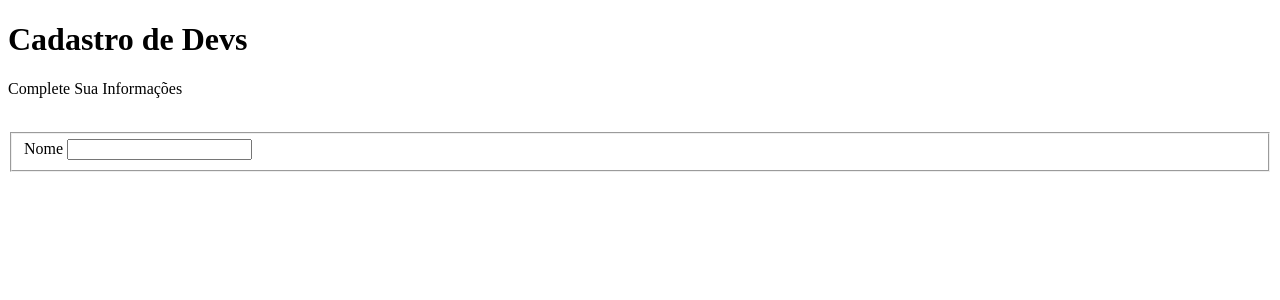
Repository: 2020francesco/formulario
Page: formulario.html
The author's editor kept a copy of each file at every save. The page is drawn from the files as they stood at one save, then again after the next save.
The browser window is 1280 px wide. The pictures show the whole page.

Above is the page before, as saved 2021-04-20 10:53:29.

### formulario.html
<!DOCTYPE html>
<html lang="en">
  <head>
    <meta charset="utf-8">
    <meta name="viewport" content="width=device-width, initial-scale=1.0">

    <title>Cadastro</title>
  </head>
  <body>

    <div>
      <h1>Cadastro de Devs</h1>
      <p>Complete Sua Informações</p>
      <br>
    </div>

    <form>
      <fieldset>
        <div>
          <label>Nome</label>
          <input type="text" name="nome" id="nome">
        </div>

        <div>
          <label></label>
        </div>
      </fieldset>
    </form>

  </body>
</html>

After the next save:
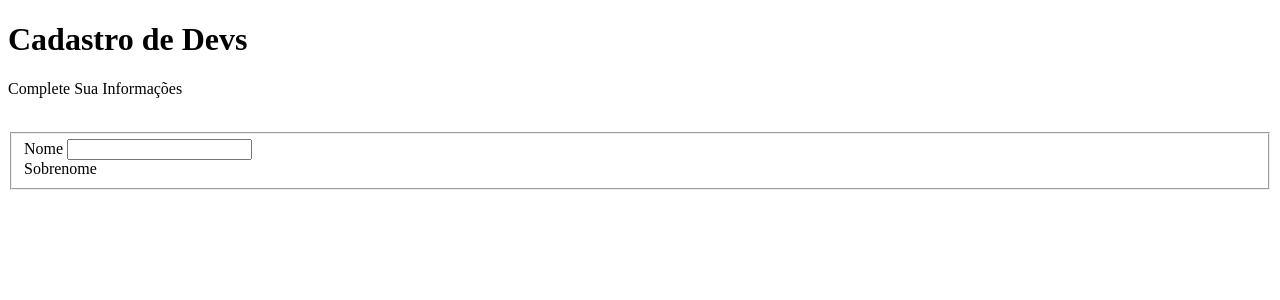
Saved 7 s later.
--- a/formulario.html
+++ b/formulario.html
@@ -22,7 +22,7 @@
         </div>
 
         <div>
-          <label></label>
+          <label>Sobrenome</label>
         </div>
       </fieldset>
     </form>
